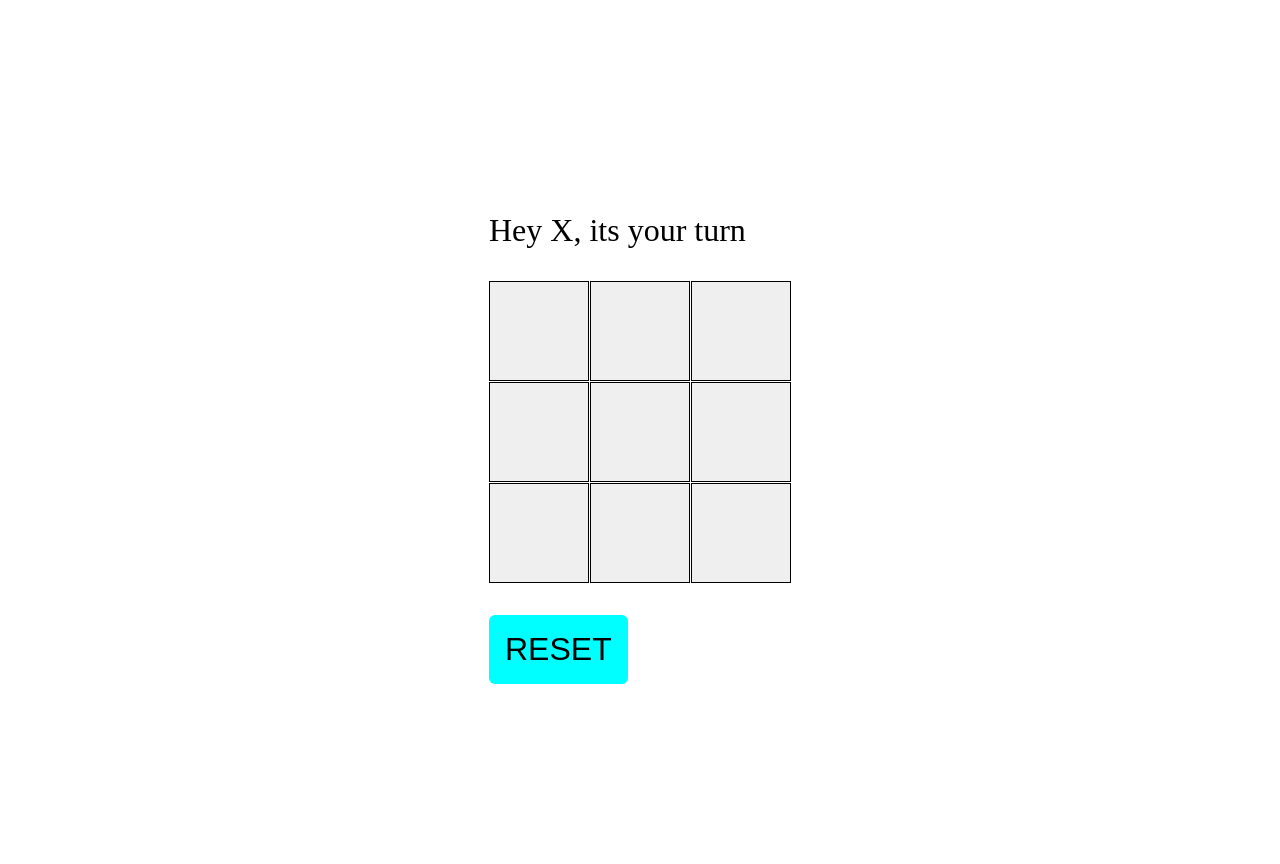
Repository: Ellisvelandia/tic-tac-toe
Page: /
These files come from the project's save history. The page is drawn as it stood at one moment and after a run of saves; the edit follows.
The browser window is 1280 px wide. The pictures show the whole page.
The project was rebuilt for these pictures with package versions that can differ from the ones it lists, and the page was loaded fresh each time. The framework's server and built-in components were replaced by stand-ins that run in the browser. Also part of the build but not shown: next.config.js.

Above is the page before, as saved 2022-09-06 21:02:31.

### pages/index.tsx
import type { NextPage } from "next";
import Head from "next/head";
import styles from "../styles/Home.module.css";
import Board from "../containers/Board"

const Home: NextPage = () => {
  return (
    <div className={styles.container}>
      <Head>
        <title> Tic TAC Toc</title>
        <meta name="description" content="Generated by create next app" />
        <link rel="icon" href="/favicon.ico" />
      </Head>

      <main className={styles.main}>
        <Board />
      </main>
    </div>
  );
};

export default Home;

### styles/globals.css
.grid {
  display: grid;
  place-content: center;
  grid-gap: 1px;
  grid-template-columns: repeat(3, 1fr);
}

.square {
  width: 100px;
  height: 100px;
  font-size: 5rem;
  color: #e8e5e5;
  border: solid 1px black;
}

.square_o {
  background-color: rgb(87, 218, 21);
}

.square_x {
  background-color: crimson;
}

.reset {
  margin-top: 2rem;
  font-size: 2rem;
  background-color: aqua;
  border: none;
  border-radius: 6px;
  padding: 1rem;
  cursor: pointer;
}

p {
  font-size: 2rem;
}

### styles/Home.module.css
.main {
  min-height: 100vh;
  padding: 4rem 0;
  flex: 1;
  display: flex;
  flex-direction: column;
  justify-content: center;
  align-items: center;
}

/* .grid {
  display: flex;
  align-items: center;
  justify-content: center;
  flex-wrap: wrap;
  max-width: 800px;
}
 */

### containers/Board.tsx
import { useEffect, useState } from "react";
import Square from "../components/Square";
type Player = "X" | "O" | "BOTH" | null;

function calculateWinner(squares: Player[]) {
  const lines = [
    [0, 1, 2],
    [3, 4, 5],
    [6, 7, 8],
    [0, 3, 6],
    [1, 4, 7],
    [2, 5, 8],
    [0, 4, 8],
    [2, 4, 6],
  ];
  for (let i = 0; i < lines.length; i++) {
    const [a, b, c] = lines[i];
    if (squares[a] && squares[a] === squares[b] && squares[a] === squares[c]) {
      return squares[a];
    }
  }
  return null;
}

function Board() {
  const [squares, setSquares] = useState(Array(9).fill(null));
  const [currentPlayer, setCurrentPlayer] = useState<"X" | "O">(
    Math.round(Math.random() * 1) === 1 ? "X" : "O"
  );
  const [winner, setWinner] = useState<Player>(null);

  function reset() {
    setSquares(Array(9).fill(null));
    setWinner(null);
    setCurrentPlayer(Math.round(Math.random() * 1) === 1 ? "X" : "O");
  }

  function setSquareValue(index: number) {
    const newData = squares.map((val, i) => {
      if (i === index) {
        return currentPlayer;
      }
      return val;
    });
    setSquares(newData);
    setCurrentPlayer(currentPlayer === "X" ? "O" : "X");
  }

  useEffect(() => {
    const w = calculateWinner(squares);
    if (w) {
      setWinner(w);
    }

    if (!w && !squares.filter((square) => !square).length) {
      setWinner("BOTH");
    }
  });

  return (
    <div>
      {!winner && <p>Hey {currentPlayer}, its your turn</p>}
      {winner && winner !== "BOTH" && <p>Congratulations {winner}</p>}
      {winner && winner === "BOTH" && (
        <p>Congratulations you are both winners</p>
      )}

      <div className="grid">
        {Array(9)
          .fill(null)
          .map((_, i) => {
            return (
              <Square
                winner={winner}
                key={i}
                onClick={() => setSquareValue(i)}
                value={squares[i]}
              />
            );
          })}
      </div>
      <button className="reset" onClick={reset}>
        RESET
      </button>
    </div>
  );
}

export default Board;

### components/Square.tsx
type Player = "X" | "O" | "BOTH" | null;

function Square({
  value,
  onClick,
  winner,
}: {
  winner: Player;
  value: Player;
  onClick: () => void;
}) {
  if (!value) {
    return (
      <button className="square" onClick={onClick} disabled={Boolean(winner)} />
    );
  }
  return (
    <button className={`square square_${value.toLocaleLowerCase()}`} disabled>
      {value}
    </button>
  );
}

export default Square;

Loaded but not shown: pages/_app.tsx (common file)

After the next 2 saves:
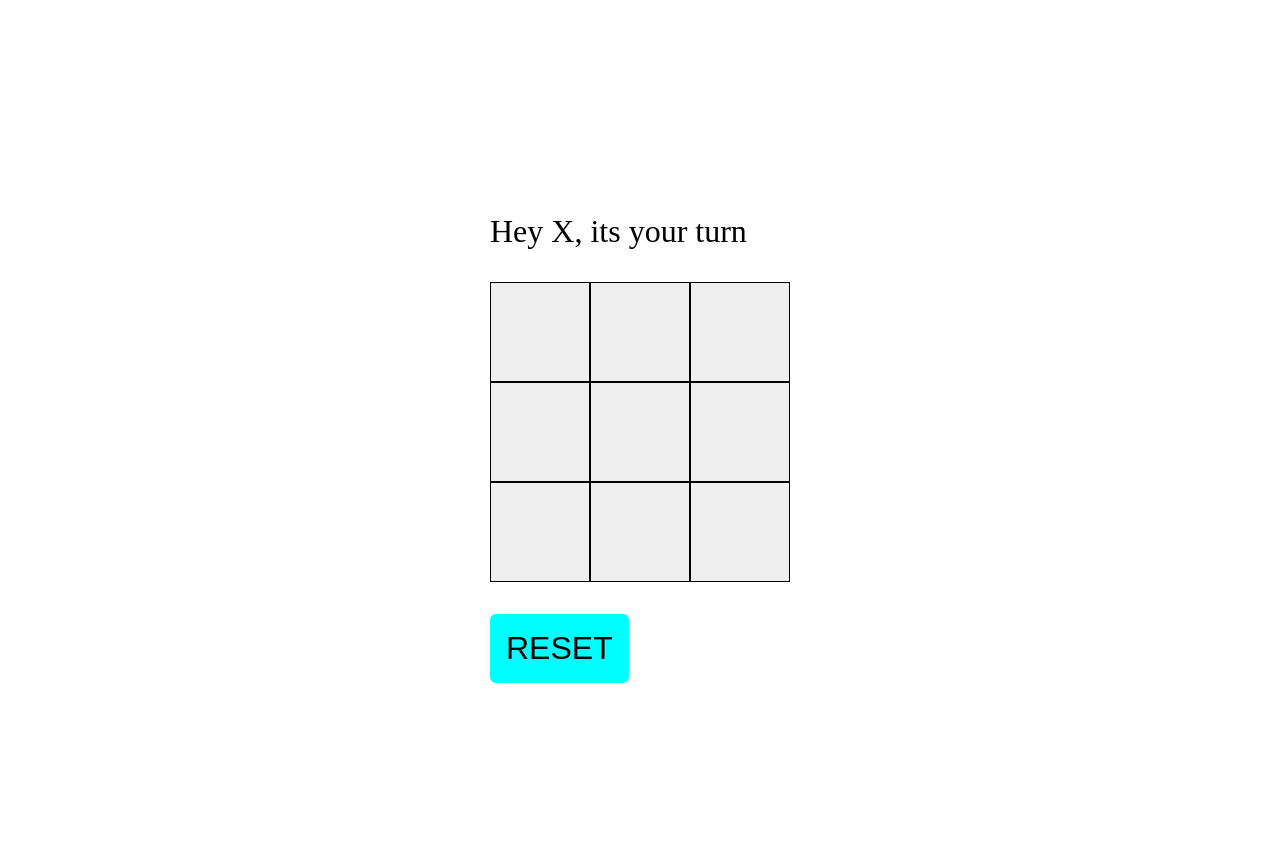
The 2 saves are shown as one change because they came seconds apart.
The last was saved 10 s later.
--- a/styles/globals.css
+++ b/styles/globals.css
@@ -1,6 +1,7 @@
 .grid {
   display: grid;
   place-content: center;
+  jus
   grid-gap: 1px;
   grid-template-columns: repeat(3, 1fr);
 }
